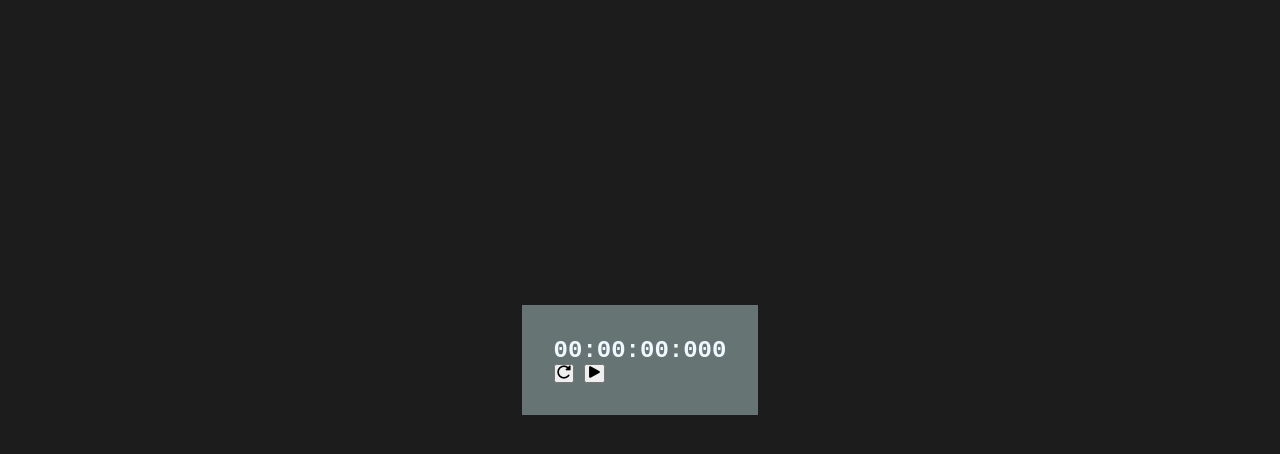
Repository: ValdemarCaculo/TEMPORIZADOR
Page: index.html
An editor plug-in stored every save of this project. The page is shown before and after the next save, followed by the edit.
The browser window is 1280 px wide. The pictures show the whole page.
Some web libraries are served in a nearby version.

Above is the page before, as saved 2025-12-06 14:26:09.

After the next save:
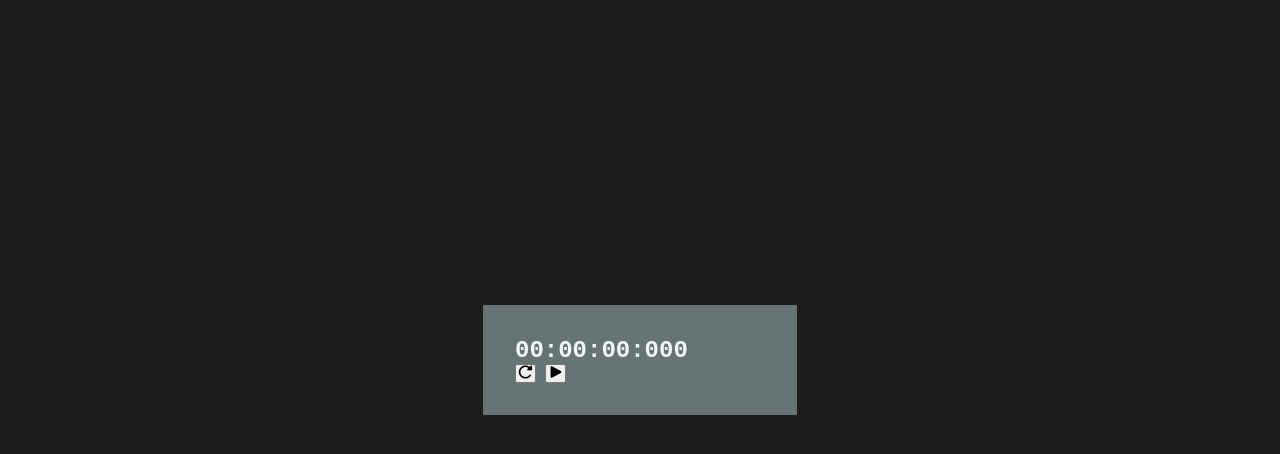
Saved 25 s later.
--- a/CSS/style.css
+++ b/CSS/style.css
@@ -20,7 +20,7 @@ body {
     background-color: #677474;
 }
 
-.time {
+#time {
     background-color: #677474;
     width:250px;
     height: auto;
